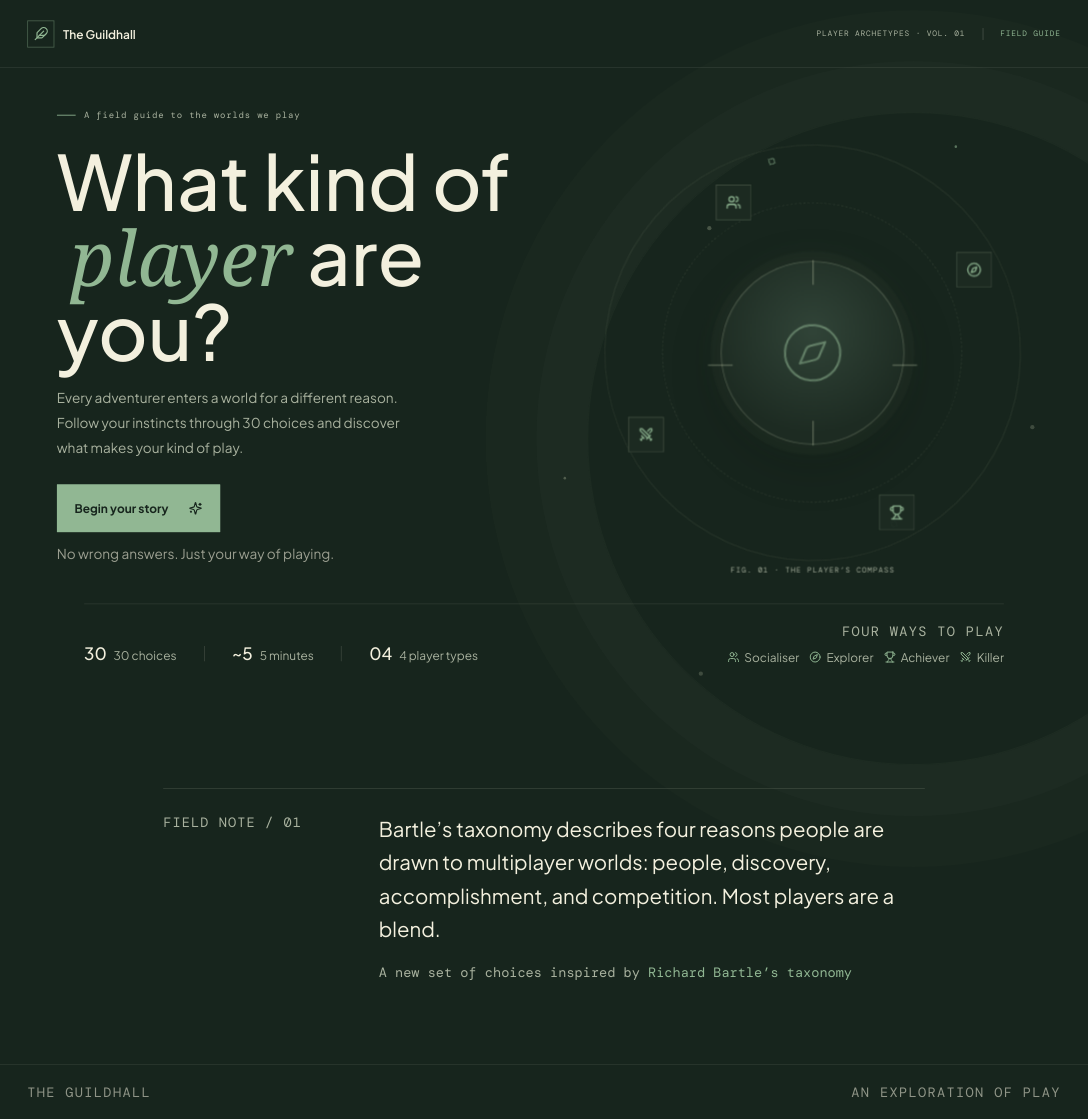
Repository: tiagoturra/bartle
Page: /
An editor plug-in stored every save of this project. The page is shown before and after the next save, followed by the edit.
The browser window is 1280 px wide. The pictures show the whole page, at 85% of full size.
The project was rebuilt for these pictures with package versions that can differ from the ones it lists, and the page was loaded fresh each time. Also part of the build but not shown: vite.config.ts, src/modules/bartle/components/QuestionCard.module.scss, src/modules/bartle/components/QuestionCard.tsx, src/modules/bartle/components/ResultsPanel.module.scss, src/modules/bartle/components/ResultsPanel.tsx.

Above is the page before, as saved 2026-10-30 22:23:53.

After the next save:
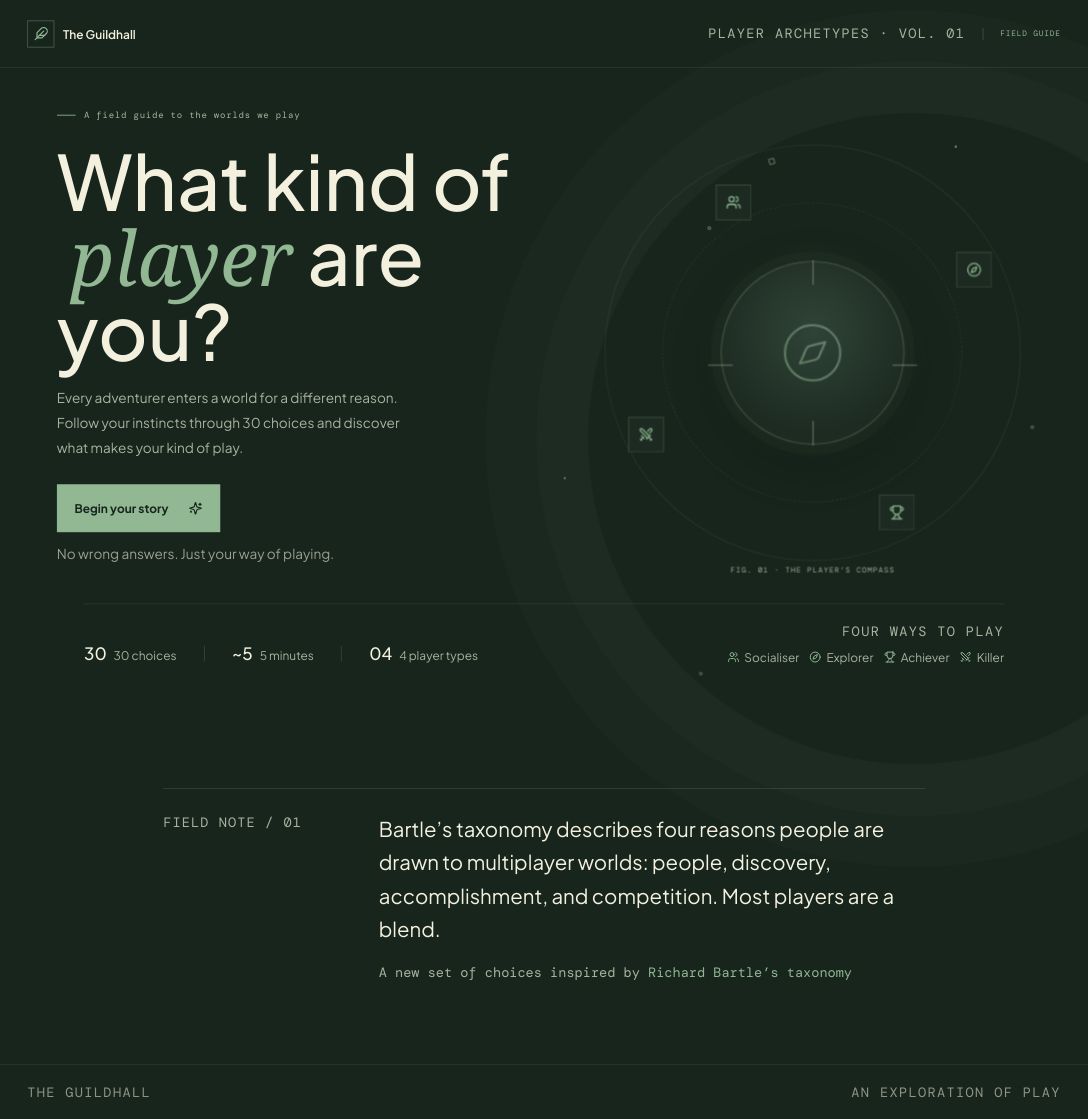
Saved 16 s later.
--- a/src/modules/bartle/pages/BartlePage.tsx
+++ b/src/modules/bartle/pages/BartlePage.tsx
@@ -225,7 +225,7 @@ export function BartlePage() {
           <span className="grid size-8 place-items-center border border-accent/40 text-accent"><Feather size={17} /></span>
           <span>{t('brand')}</span>
         </a>
-        <span className="ml-auto hidden font-mono text-[0.58rem] tracking-[0.1em] text-muted md:inline">{t('nav.edition')}</span>
+        <span className="ml-auto hidden font-mono tracking-[0.1em] text-muted md:inline">{t('nav.edition')}</span>
         <span className="hidden h-3.5 w-px bg-cream/20 md:block" />
         <span className="ml-auto font-mono text-[0.53rem] tracking-[0.1em] text-accent md:ml-0 md:text-[0.58rem]">{t('nav.fieldGuide')}</span>
       </header>
